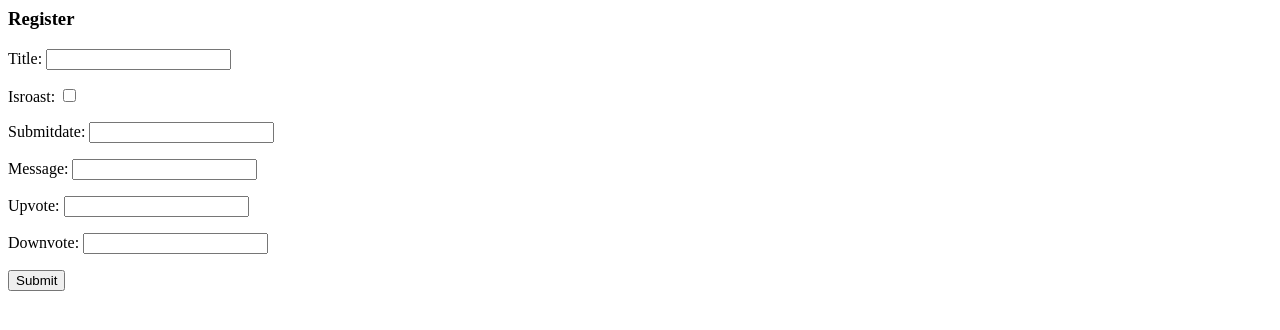
Repository: Imraj423/ghostpost
Page: http://localhost/addpost/
An editor plug-in stored every save of this project. The page is shown before and after the next save, followed by the edit.
The browser window is 1280 px wide. The pictures show the whole page.
The page is served by the project's application, run on Django 3.2 (manage.py).

Above is the page before, as saved 2020-02-10 13:13:51.

After the next save:
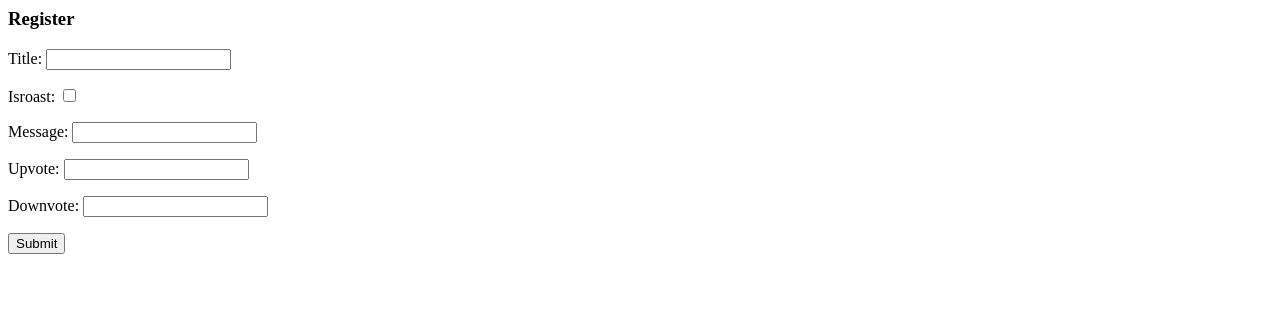
Saved 47 s later.
--- a/ghostpost/forms.py
+++ b/ghostpost/forms.py
@@ -4,7 +4,6 @@ from django import forms
 class addPost(forms.Form):
     title = forms.CharField(widget=forms.TextInput)
     isRoast = forms.BooleanField()
-    submitDate = forms.DateField()
     message = forms.CharField(widget=forms.TextInput)
     upvote = forms.IntegerField()
     downvote = forms.IntegerField()
